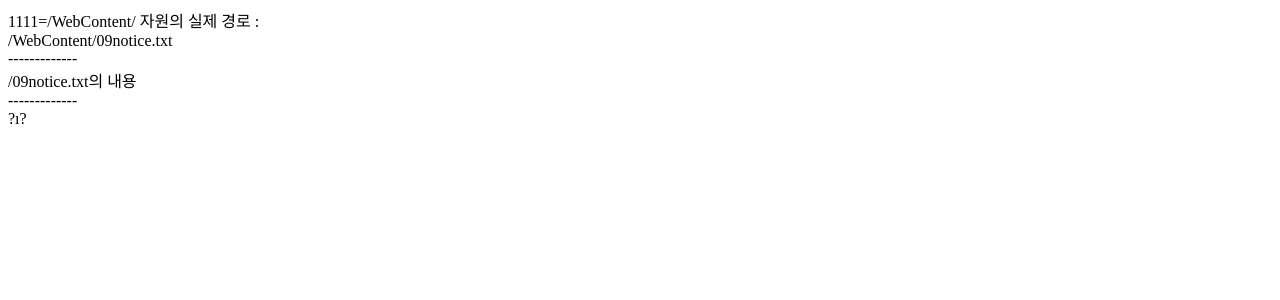
Repository: eParkjongtaek/lovedisket
Page: http://localhost/KH18_1/0906/0906_2/10readResourceUsingApplication.jsp
An editor plug-in stored every save of this project. The page is shown before and after the next save, followed by the edit.
The browser window is 1280 px wide. The pictures show the whole page.
The page is served by Tomcat 9.

Above is the page before, as saved 2017-09-06 03:28:51.

After the next save:
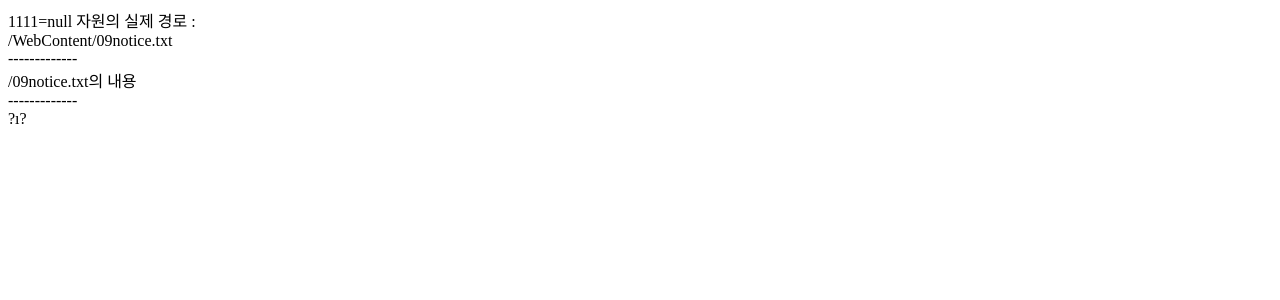
Saved 18 s later.
--- a/source/KH18_1/WebContent/0906/0906_2/10readResourceUsingApplication.jsp
+++ b/source/KH18_1/WebContent/0906/0906_2/10readResourceUsingApplication.jsp
@@ -6,7 +6,7 @@
 	<%
 		String resourcePath = "/09notice.txt";
 	%>
-	1111=<%=request.getSession().getServletContext().getRealPath("/")%>
+	1111=<%=request.getSession().getServletContext().getRealPath("../")%>
 	자원의 실제 경로 : <br>
 	<%=application.getRealPath(resourcePath) %>
 	<br>
